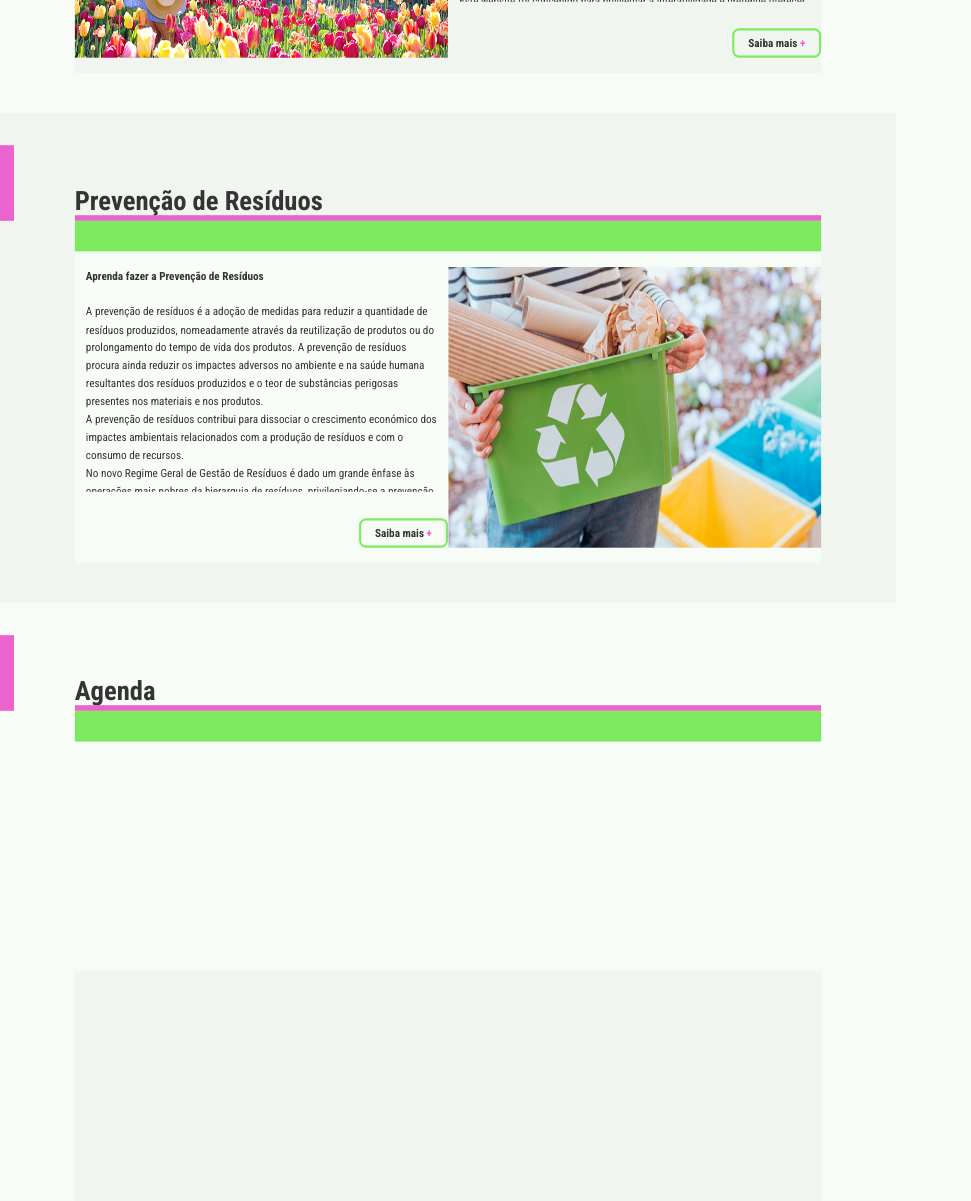
Repository: Goulart94/CmVilaFeliz
Page: index.html
These files come from the project's save history. The page is drawn as it stood at one moment and after the next save; the edit follows.
The browser window is 1280 px wide. The page is 1280 px wide, then 1387 px, then 1280 px, so the pictures cover 1387 px, including what lies to the right of the window. The pictures show the part of the page from y = 3498 to 5258 px (the page is 5214 px tall before and 5258 px after), at 70% of full size.
The style sheet was rebuilt from its Sass, Less or Tailwind sources for each picture, by a compiler version that may differ from the author's.

Above is the page before, as saved 2022-05-16 10:23:36.

After the next save:
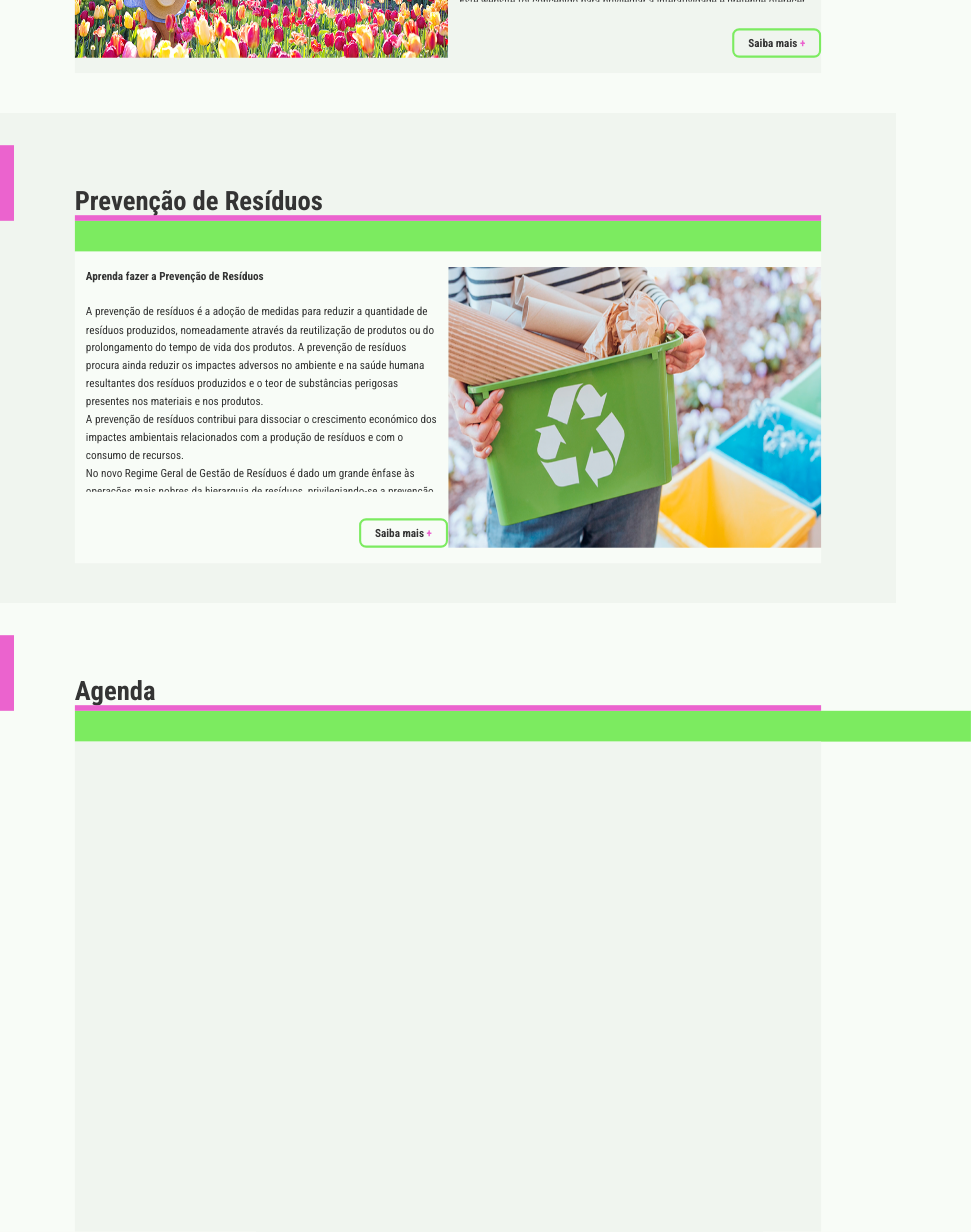
Saved 47 s later.
--- a/index.html
+++ b/index.html
@@ -352,9 +352,9 @@
         <div class="formaLarge"></div>
       </div>
 
-    </div>
+    </div> <div class=" cell small-10 medium-offset-1 large-10  grid-x ruleGreen"></div>
     <div class="contentschedule grid-x ">
-      <div class=" cell small-10 medium-offset-1 large-10  grid-x ruleGreen"></div>
+
       <div class=" cell small-10 medium-offset-1 large-10 contentDates bgGray150">
 
       </div>

After the save that followed:
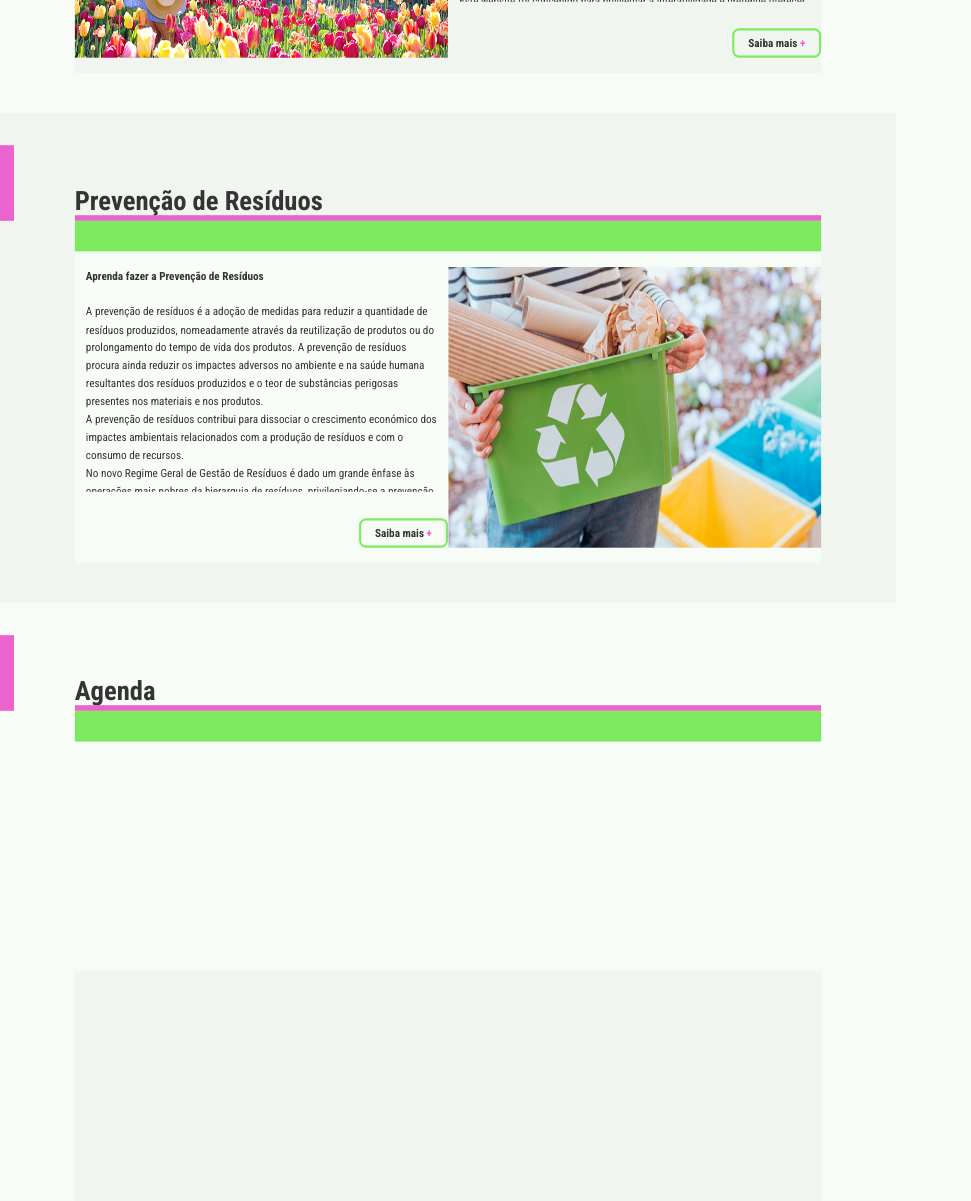
Saved 9 s later.
--- a/index.html
+++ b/index.html
@@ -352,9 +352,9 @@
         <div class="formaLarge"></div>
       </div>
 
-    </div> <div class=" cell small-10 medium-offset-1 large-10  grid-x ruleGreen"></div>
+    </div>
     <div class="contentschedule grid-x ">
-
+      <div class=" cell small-10 medium-offset-1 large-10  grid-x ruleGreen"></div>
       <div class=" cell small-10 medium-offset-1 large-10 contentDates bgGray150">
 
       </div>
